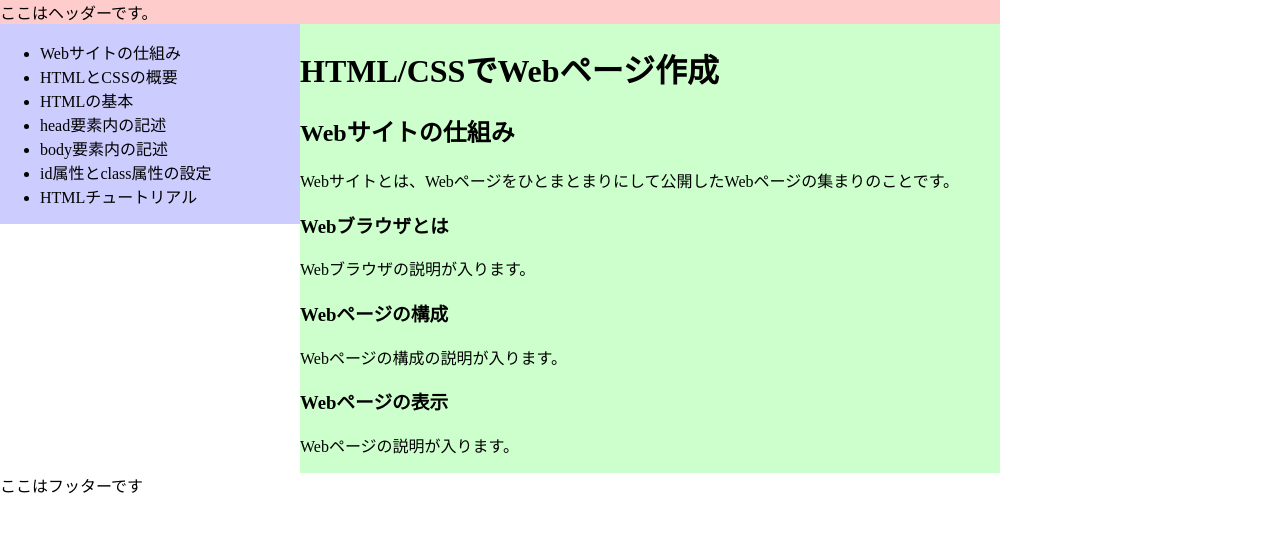
Repository: risayoshinaga/kadai-monolist
Page: kadai-html.html
The author's editor kept a record of every edit. The page is drawn from the files as they stood at one moment, then again after the next edit.
The browser window is 1280 px wide. The pictures show the whole page.

Above is the page before.

### kadai-html.html
<!DOCTYPE html>
<html lang="ja">
    <head>
        <meta charset="utf-8">
        <title>HTML/CSSでWebページ作成</title>
        <link rel="stylesheet" href="kadai.css">
    </head>
    <body>
        <!--ここからヘッダー-->
        <header>
        ここはヘッダーです。
        </header>
        <!--ヘッダーここまで-->
        <!--ここからwrapper-->
        <div id="wrapper" class="clearfix">
            <!--ここからmenu-->
            <nav id="menu">
            <ul>
                <li>Webサイトの仕組み</li>
                <li>HTMLとCSSの概要</li>
                <li>HTMLの基本</li>
                <li>head要素内の記述</li>
                <li>body要素内の記述</li>
                <li>id属性とclass属性の設定</li>
                <li>HTMLチュートリアル</li>
            </ul>
            </nav>
            <!--menuここまで-->
            <!--ここからメイン-->
            <div id="main">
                <h1>HTML/CSSでWebページ作成</h1>
                <h2>Webサイトの仕組み</h2>
                <p>Webサイトとは、Webページをひとまとまりにして公開したWebページの集まりのことです。</p>
                <h3>Webブラウザとは</h3>
                <p>Webブラウザの説明が入ります。</p>
                <h3>Webページの構成</h3>
                <p>Webページの構成の説明が入ります。</p>
                <h3>Webページの表示</h3>
                <p>Webページの説明が入ります。</p>
            </div>
            <!--メインここまで-->
        </div>
        <!--wrapperここまで-->
        <!--ここからフッター-->
        <footer>ここはフッターです
        </footer>
        <!--フッターここまで-->
    </body>
</html>

### kadai.css
@charset "UTF-8";

body {
    margin: 0;
    padding: 0;
    width: 1000px;
}
header {
    background: #ffcccc;
}
#main {
    background: #ccffcc;
    width: 700px;
    float: left;
}
#menu {
    background: #ccccff;
    width: 300px;
    float: left;
}
.clearfix::after {
    content: '';
    display: block;
    clear: both;
}

After the next edit:
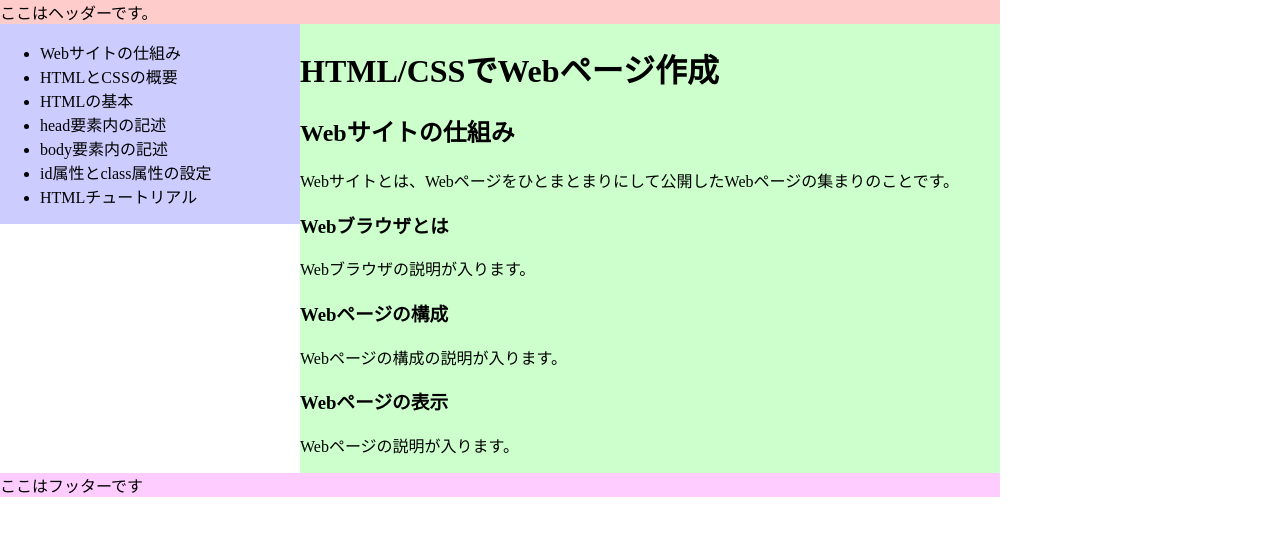
The edit:
--- a/kadai.css
+++ b/kadai.css
@@ -23,3 +23,7 @@
     display: block;
     clear: both;
 }
+
+footer {
+     background: #ffccff;
+}
